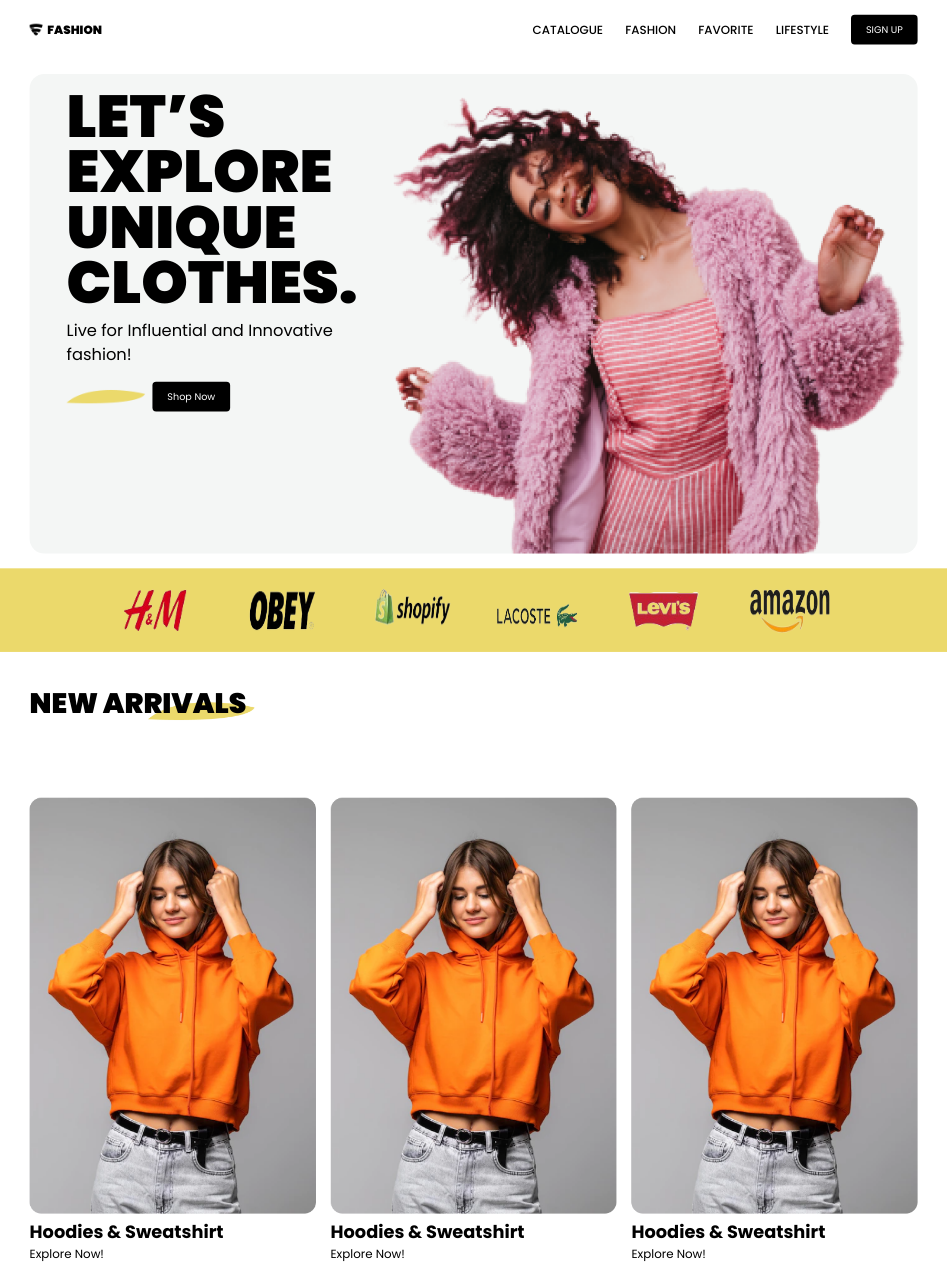
Repository: isaacCodes1/FashionSite2
Page: index.html
The author's editor kept a copy of each file at every save. The page is drawn from the files as they stood at one save, then again after the next save.
The browser window is 1280 px wide. The pictures show the whole page, at 74% of full size.

Above is the page before, as saved 2024-03-12 11:24:37.

After the next save:
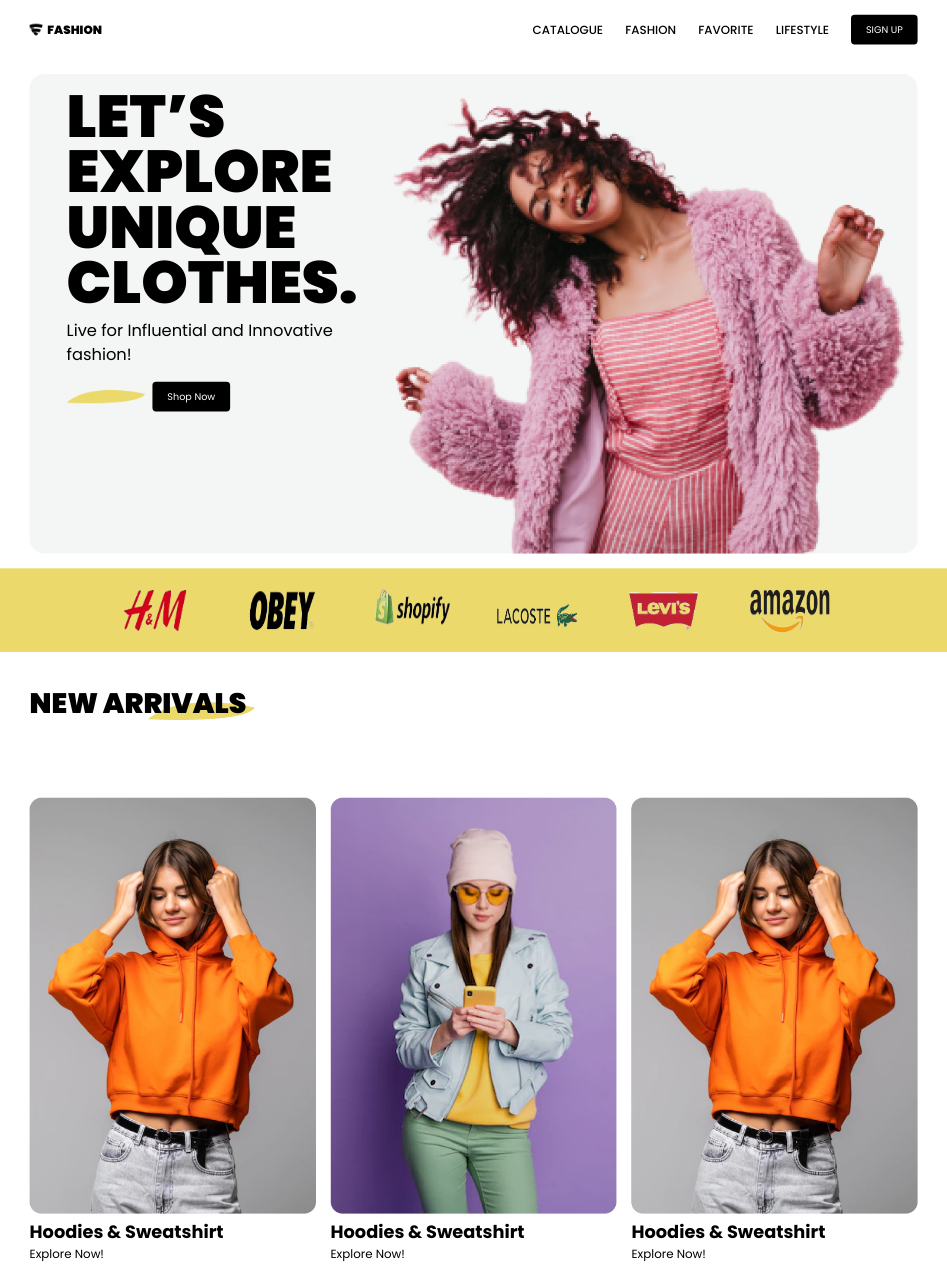
Saved 19 s later.
--- a/index.html
+++ b/index.html
@@ -72,7 +72,7 @@
           </div>
           <div class="cards">
             <div class="cardImg">
-              <img src="/Assets/image1.png" alt="" />
+              <img src="/Assets/image2.png" alt="" />
             </div>
             <div class="cardText">
               <div class="textIcon">
